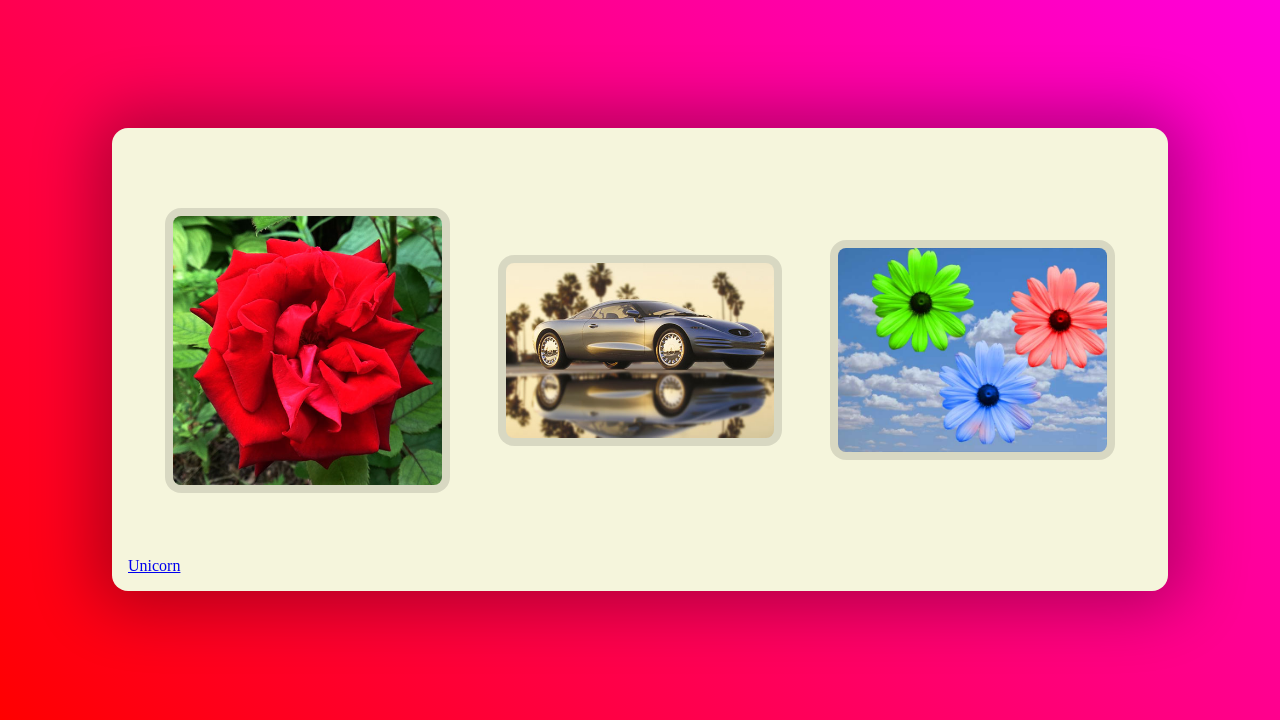
Repository: ViggoSkj/VGY
Page: ovningar/photoshopovning/photoshopovning.html
These files come from the project's save history. The page is drawn as it stood at one moment and after the next save; the edit follows.
The browser window is 1280 px wide. The pictures show the whole page.

Above is the page before, as saved 2022-11-27 12:14:13.

### ovningar/photoshopovning/photoshopovning.html
<!DOCTYPE html>
<html lang="en">
    <head>
        <meta charset="UTF-8">
        <meta http-equiv="X-UA-Compatible" content="IE=edge">
        <meta name="viewport" content="width=device-width, initial-scale=1.0">
        <title>Document</title>
        <link rel="stylesheet" href="public/css/style.css">
    </head>
    <body>
        <div class="container">
            <div class="images">
                <img src="public/images/ros_edited.jpg" alt="ros">
                <img src="public/images/bil_edited.jpg" alt="bil">
                <img src="public/images/sky_and_flower.jpg" alt="1 röd, 1, blå och 1 grönn blomma på en himmel">
            </div>

            <div id="myfooter">
                <a href="https://validator.w3.org/unicorn/check?ucn_uri=labb.vgy.se/~viggosg/ovningar/photoshopovningar.html&ucn_task=conformance">Unicorn</a>
             </div>
        </div>
    </body>
</html>

### ovningar/photoshopovning/public/css/style.css
body
{
    background-image: linear-gradient(45deg, rgb(255, 0, 0), rgb(255, 0, 221));
    display: flex;
    height: 100%;
    margin: 0;
    background-repeat: no-repeat;
    background-attachment: fixed;
}

.container
{
    background-color: beige;
    margin: auto;
    margin-top: 8em;
    align-items: center;
    width: 80%;
    border-radius: 1em;
    padding: 1em;
    box-shadow: 0em 0em 4em 1em rgba(0, 0, 0, 0.301);
}

img
{

    width: 30%;
    border-radius: 1em;
    padding: 0.5em;
    background-color: rgba(0, 0, 0, 0.116);
}

.images
{
    display: flex;
    justify-content: center;
    gap: 3em;
    align-items: center;
    padding: 2em;
    margin: 2em;
}

After the next save:
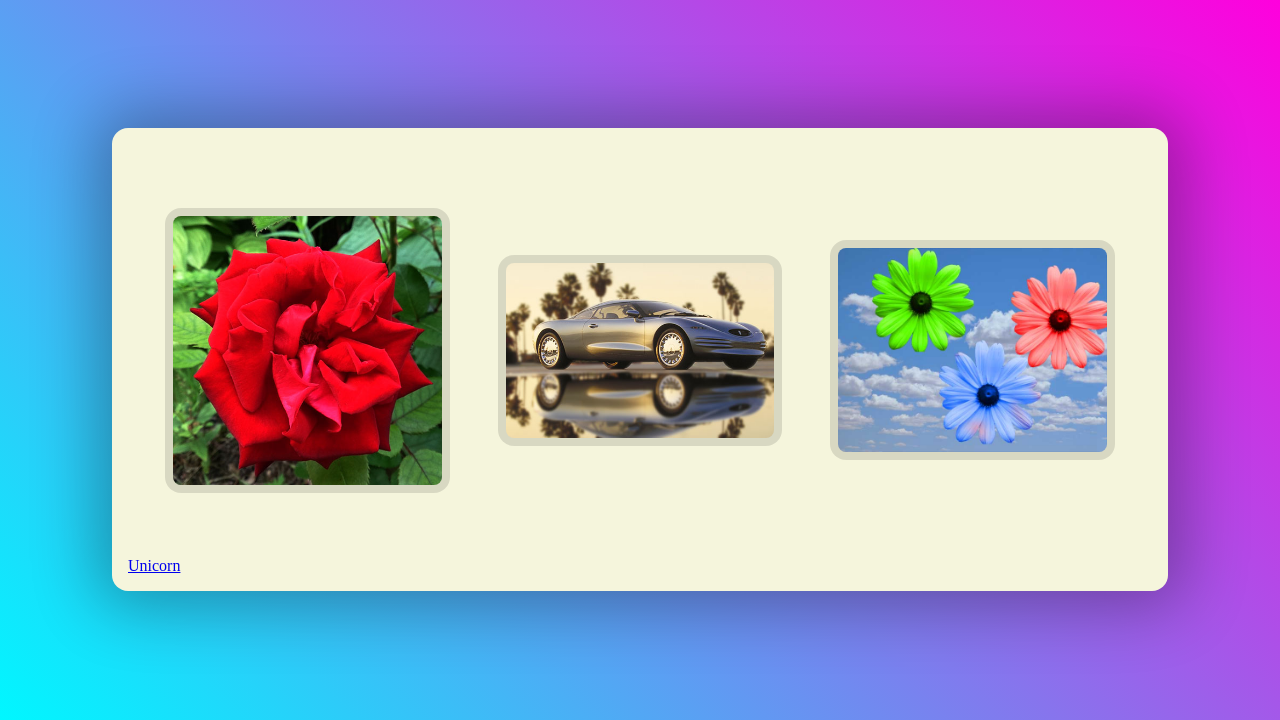
Saved 11 s later.
--- a/ovningar/photoshopovning/public/css/style.css
+++ b/ovningar/photoshopovning/public/css/style.css
@@ -1,6 +1,6 @@
 body
 {
-    background-image: linear-gradient(45deg, rgb(255, 0, 0), rgb(255, 0, 221));
+    background-image: linear-gradient(45deg, rgb(0, 247, 255), rgb(255, 0, 221));
     display: flex;
     height: 100%;
     margin: 0;
